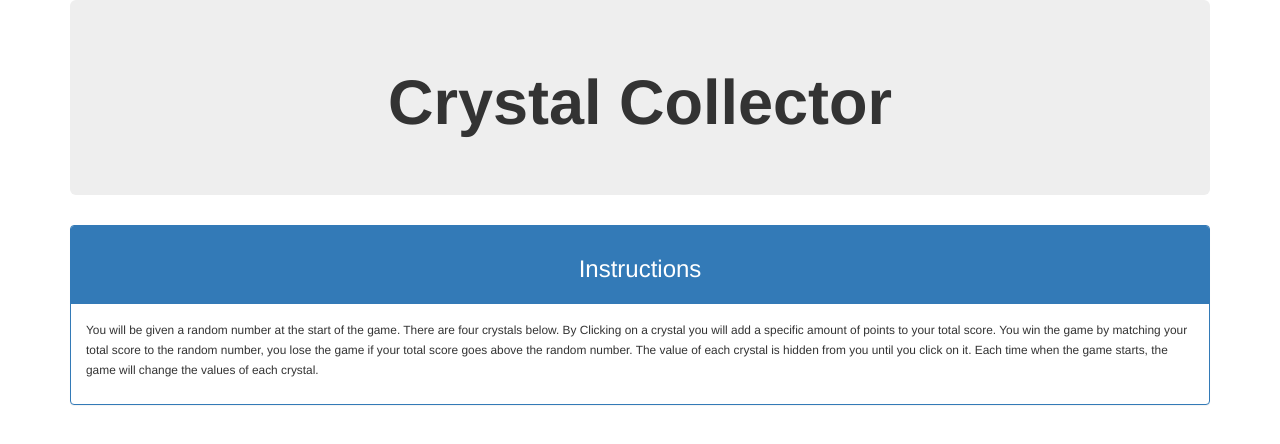
Repository: mikecherry1/week-4-game
Page: index.html
The author's editor kept a copy of each file at every save. The page is drawn from the files as they stood at one save, then again after the next save.
The browser window is 1280 px wide. The pictures show the whole page.

Above is the page before, as saved 2017-11-19 18:22:56.

### index.html
<!doctype html>
<html lang="en">
  <head>

    <!-- Required meta tags -->
    <meta charset="utf-8">
    <meta name="viewport" content="width=device-width, initial-scale=1, shrink-to-fit=no">

    <!-- Bootstrap CSS -->
    <link rel="stylesheet" <link href="https://maxcdn.bootstrapcdn.com/bootstrap/3.3.7/css/bootstrap.min.css" rel="stylesheet" integrity="sha384-BVYiiSIFeK1dGmJRAkycuHAHRg32OmUcww7on3RYdg4Va+PmSTsz/K68vbdEjh4u"
        crossorigin="anonymous">
  </head>
  <body>

    <div class="container">

        <div class="jumbotron" style "bg-color: purple; color: white;">
        <div class="container">
            <h1 class="text-center"><strong>Crystal Collector</strong></h1>
        </div>
    </div>

    <div class="row">

        <div class="col-lg-12">

            <div class="panel panel-primary">
                <div class="panel-heading text-center">
                    <h3>Instructions</h3>
                </div>
                <div class="panel-body">
                    <p><small>You will be given a random number at the start of the game. There are four crystals below. By Clicking on a crystal you will add a specific amount of points to your total score. You win the game by matching your total score to the random number, you lose the game if your total score goes above the random number. The value of each crystal is hidden from you until you click on it. Each time when the game starts, the game will change the values of each crystal.</small></p>
            </div>


        </div>

    </div>



    </div>



  </body>
</html>

After the next save:
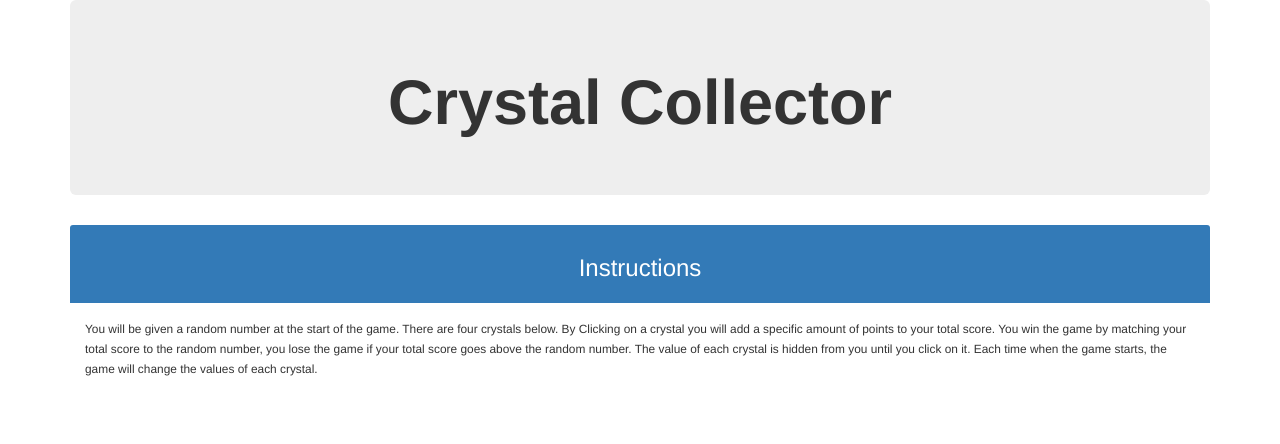
Saved 14 s later.
--- a/index.html
+++ b/index.html
@@ -24,7 +24,7 @@
 
         <div class="col-lg-12">
 
-            <div class="panel panel-primary">
+            <div class="panel-primary">
                 <div class="panel-heading text-center">
                     <h3>Instructions</h3>
                 </div>
